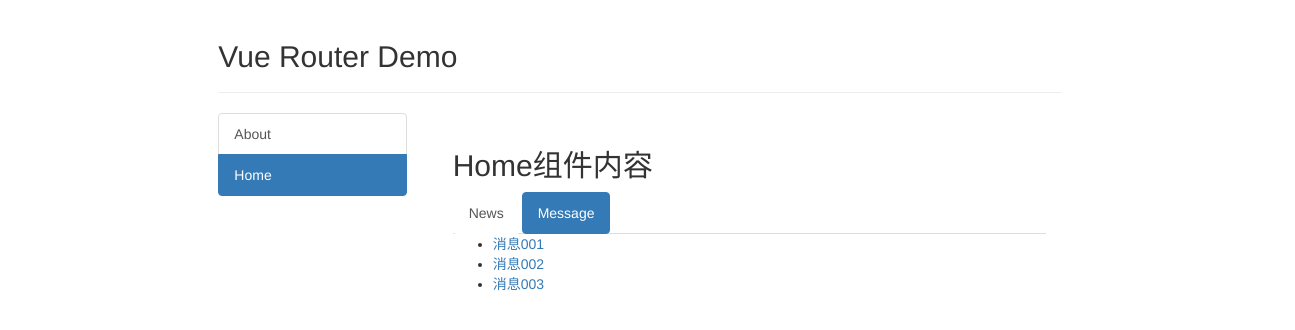
Repository: Crow7277/Vue2-
Page: /#/home/message
The author's editor kept a copy of each file at every save. The page is drawn from the files as they stood at one save, then again after the next save.
The browser window is 1280 px wide. The page is 1295 px wide, so the pictures cover 1295 px, including what lies to the right of the window. The pictures show the whole page.
The project was rebuilt for these pictures with package versions that can differ from the ones it lists, and the page was loaded fresh each time. Also part of the build but not shown: vue.config.js, src/pages/About.vue, src/pages/News.vue, src/pages/Detail.vue.

Above is the page before, as saved 2022-04-09 18:19:41.

### public/index.html
<!DOCTYPE html>
<html lang="">
    <head>
        <meta charset="utf-8" />
        <!-- 针对IE浏览器，让IE浏览器以最高的渲染级别渲染页面 -->
        <meta http-equiv="X-UA-Compatible" content="IE=edge" />
        <!-- 开启移动端的理想视口 -->
        <meta name="viewport" content="width=device-width,initial-scale=1.0" />
        <!-- 页签图标 -->
        <!-- <%= BASE_URL %>表示public文件夹所在路径 -->
        <link rel="icon" href="<%= BASE_URL %>favicon.ico" />
        <link rel="stylesheet" href="<%= BASE_URL %>css/bootstrap.css" />
        <title><%= htmlWebpackPlugin.options.title %></title>
    </head>

    <body>
        <!-- 当浏览器不支持js时，浏览器就会显示noscript中的内容 -->
        <noscript>
            <strong>
                We're sorry but <%= htmlWebpackPlugin.options.title %> doesn't work properly without
                JavaScript enabled. Please enable it to continue.
            </strong>
        </noscript>
        <!-- 容器 -->
        <div id="app"></div>
        <!-- built files will be auto injected -->
    </body>
</html>

### src/main.js
// 引入Vue
import Vue from 'vue';
// 引入App
import App from './App.vue';
// // 引入路由
// import VueRouter from 'vue-router';
// 引入路由器
import router from './router';
// 关闭生产环境提示
Vue.config.productionTip = false;

// 应用插件
// Vue.use(VueRouter);

// 创建Vue
new Vue({
    el: '#app',
    render: h => h(App),
    router,
});

### src/App.vue
<template>
    <div>
        <div class="row">
            <Banner />
        </div>
        <div class="row">
            <div class="col-xs-2 col-xs-offset-2">
                <div class="list-group">
                    <!-- 原始HTML中使用a标签实现页面的跳转 -->
                    <!-- <a class="list-group-item active" href="./about.html">About</a> -->
                    <!-- <a class="list-group-item" href="./home.html">Home</a> -->

                    <!-- Vue中借助router-link实现路由的切换 -->
                    <router-link class="list-group-item" active-class="active" to="/about">
                        About
                    </router-link>
                    <router-link class="list-group-item" active-class="active" to="/home">
                        Home
                    </router-link>
                </div>
            </div>
            <div class="col-xs-6">
                <div class="panel">
                    <div class="panel-body">
                        <!-- 指定组件的呈现位置 -->
                        <router-view></router-view>
                    </div>
                </div>
            </div>
        </div>
    </div>
</template>

<script>
import Banner from './components/Banner.vue';
export default {
    name: 'App',
    components: { Banner },
};
</script>
<style></style>

### src/router/index.js
// 该文件用于创建整个应用的路由器
import VueRouter from 'vue-router';
// 引入组件
import About from '../pages/About.vue';
import Home from '../pages/Home.vue';
import News from '../pages/News.vue';
import Message from '../pages/Message.vue';
import Detail from '../pages/Detail.vue';

import Vue from 'vue';
Vue.use(VueRouter);

// 创建并暴露一个路由器
export default new VueRouter({
    routes: [
        {
            path: '/about',
            component: About,
        },
        {
            path: '/home',
            component: Home,
            children: [
                {
                    path: 'news',
                    component: News,
                },
                {
                    path: 'message',
                    component: Message,
                    children: [
                        {
                            path: 'detail',
                            component: Detail,
                        },
                    ],
                },
            ],
        },
    ],
});

### src/components/Banner.vue
<template>
    <div class="col-xs-offset-2 col-xs-8">
        <div class="page-header"><h2>Vue Router Demo</h2></div>
    </div>
</template>

<script>
export default {};
</script>

<style></style>

### src/pages/Home.vue
<template>
    <div>
        <h2>Home组件内容</h2>
        <div>
            <ul class="nav nav-tabs">
                <li>
                    <router-link class="list-group-item" active-class="active" to="/home/news">
                        News
                    </router-link>
                </li>
                <li>
                    <router-link class="list-group-item" active-class="active" to="/home/message">
                        Message
                    </router-link>
                </li>
            </ul>
            <router-view></router-view>
        </div>
    </div>
</template>

<script>
export default {
    name: 'Home',
};
</script>

<style></style>

### src/pages/Message.vue
<template>
    <div>
        <ul>
            <li v-for="m in messageList" :key="m.id">
                <router-link to="/home/message/detail?id=666&title="">{{ m.title }}</router-link>
                &nbsp;&nbsp;
            </li>
        </ul>
        <br />
        <router-view></router-view>
    </div>
</template>

<script>
export default {
    name: 'Message',
    data() {
        return {
            messageList: [
                { id: '001', title: '消息001' },
                { id: '002', title: '消息002' },
                { id: '003', title: '消息003' },
            ],
        };
    },
};
</script>

<style></style>

Loaded but not shown: public/css/bootstrap.css (library)

After the next save:
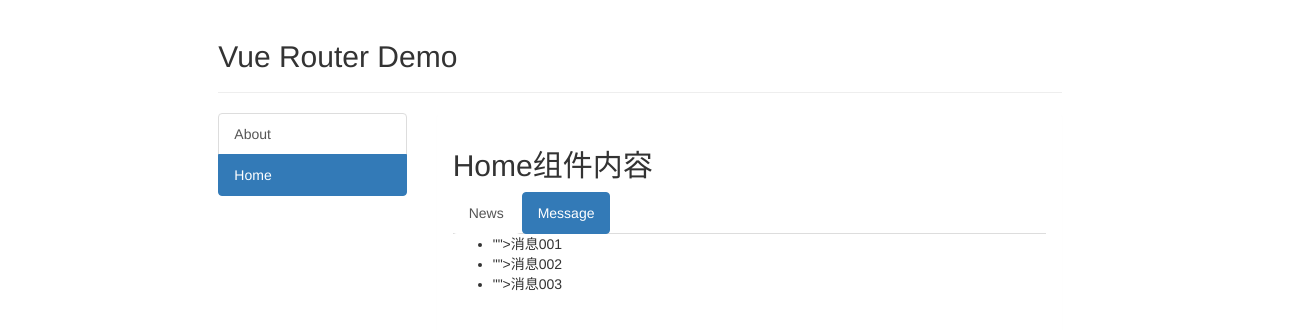
Saved 4 s later.
--- a/src/pages/Message.vue
+++ b/src/pages/Message.vue
@@ -2,7 +2,7 @@
     <div>
         <ul>
             <li v-for="m in messageList" :key="m.id">
-                <router-link to="/home/message/detail?id=666&title="">{{ m.title }}</router-link>
+                <router-link to="/home/message/detail?id=666&title="hello"">{{ m.title }}</router-link>
                 &nbsp;&nbsp;
             </li>
         </ul>

After the 2 saves that followed:
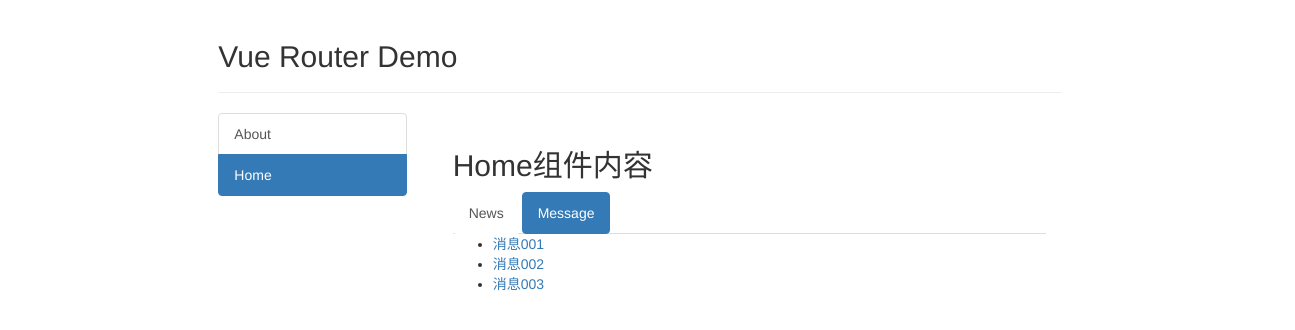
The 2 saves are shown as one change because they came seconds apart.
The last was saved 6 s later.
--- a/src/pages/Message.vue
+++ b/src/pages/Message.vue
@@ -2,7 +2,7 @@
     <div>
         <ul>
             <li v-for="m in messageList" :key="m.id">
-                <router-link to="/home/message/detail?id=666&title="hello"">{{ m.title }}</router-link>
+                <router-link to="/home/message/detail?id=666&title=hello">{{ m.title }}</router-link>
                 &nbsp;&nbsp;
             </li>
         </ul>
